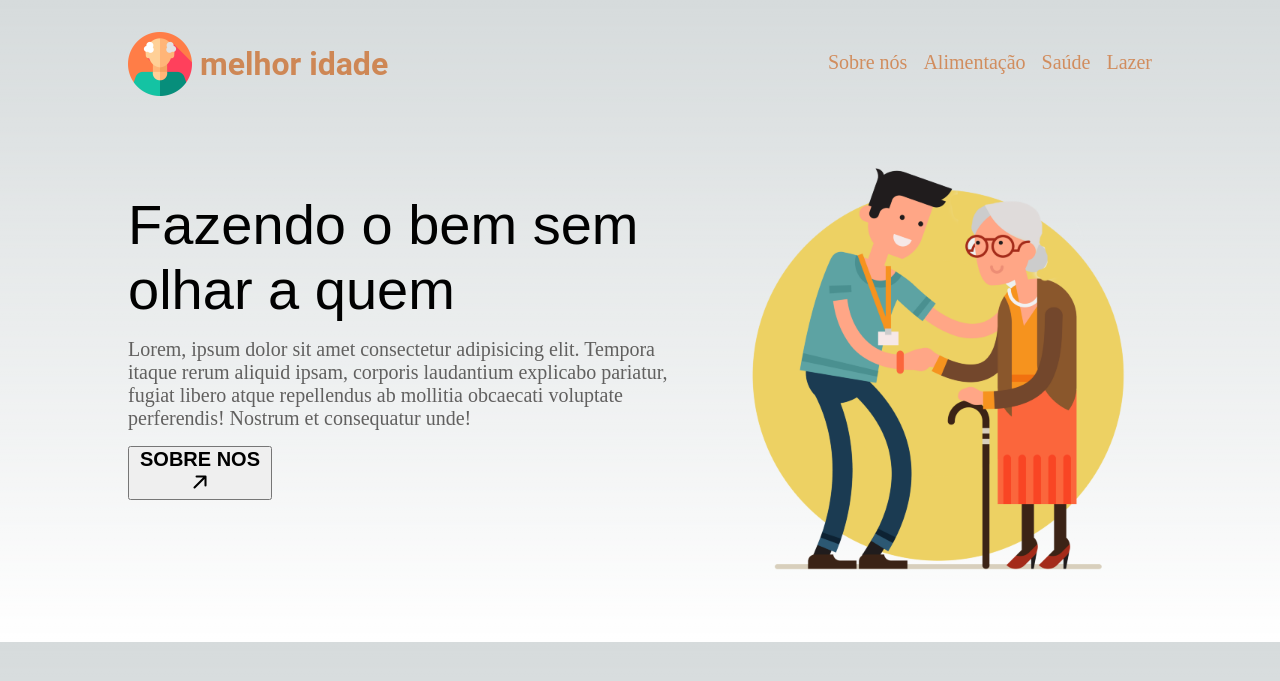
Repository: Giopol12/melhor-idade-online
Page: /home
These files come from the project's save history. The page is drawn as it stood at one moment and after the next save; the edit follows.
The browser window is 1280 px wide. The pictures show the whole page.
The project was rebuilt for these pictures with package versions that can differ from the ones it lists, and the page was loaded fresh each time. The framework's server and built-in components were replaced by stand-ins that run in the browser. Also part of the build but not shown: next.config.js.

Above is the page before, as saved 2023-11-12 16:19:23.

After the next save:
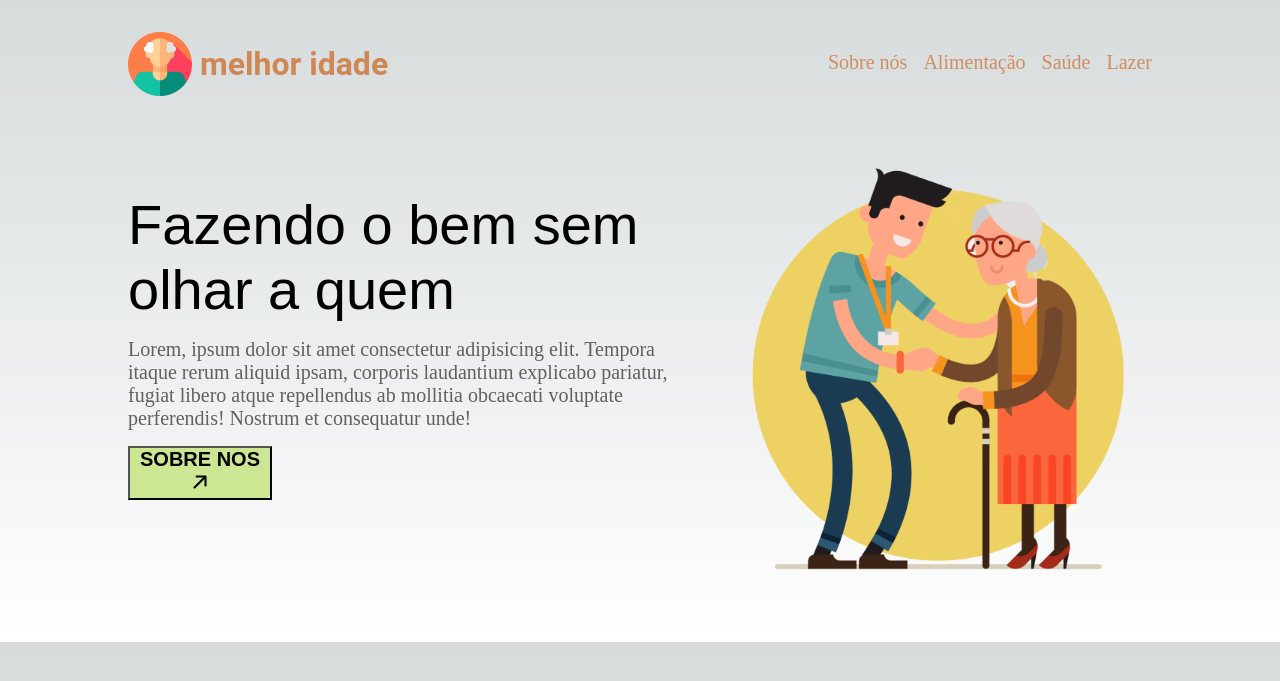
Saved 76 s later.
--- a/src/pages/home/HomeMain/styles.ts
+++ b/src/pages/home/HomeMain/styles.ts
@@ -28,5 +28,6 @@ export const ContentContainer = styled('div', {
     fontWeight: 'bold',
     width: '9rem',
     fontSize: '$lg',
+    background: '$green100',
   },
 })
